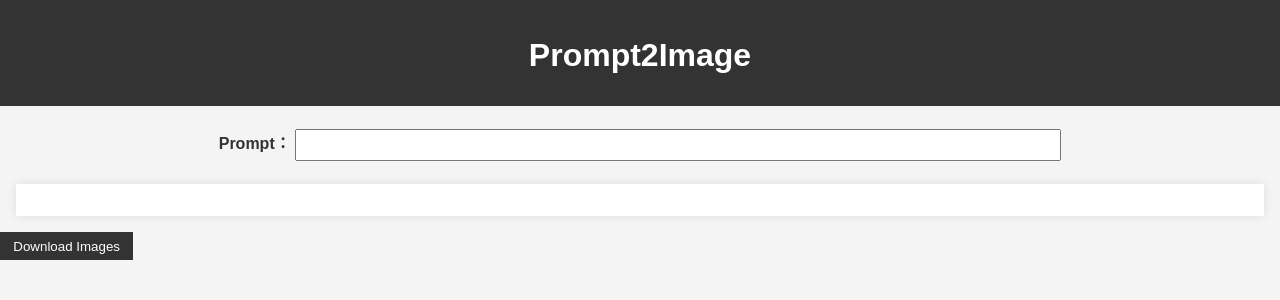
Repository: XTTTZ/Prompt2Image
Page: main1.html
An editor plug-in stored every save of this project. The page is shown before and after the next save, followed by the edit.
The browser window is 1280 px wide. The pictures show the whole page.

Above is the page before, as saved 2023-11-13 05:51:18.

After the next save:
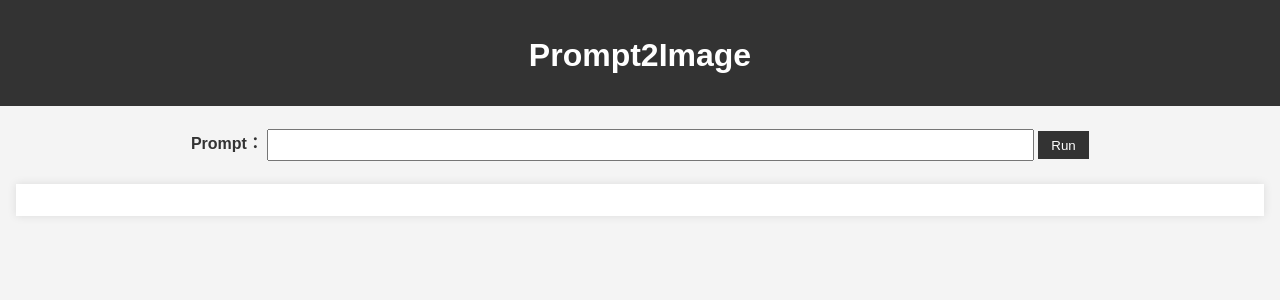
Saved 68 s later.
--- a/main1.html
+++ b/main1.html
@@ -69,7 +69,7 @@
     <form id="searchForm">
         <label for="searchInput">Prompt：</label>
         <input type="text" id="searchInput" name="searchInput">
-        <button type="button" onclick="performSearch()" style="display:none">Run</button>
+        <button type="button" onclick="performSearch()">Run</button>
     </form>
 
     <div id="searchResult"></div>
@@ -77,7 +77,7 @@
     <!-- Display generated images -->
     <div id="generatedImages" class="generatedImage"></div>
 
-    <button id="downloadButton" onclick="downloadImages()">Download Images</button>
+    <button id="downloadButton" onclick="downloadImages()" style="display:none">Download Images</button>
 
     <script>
         function performSearch() {
